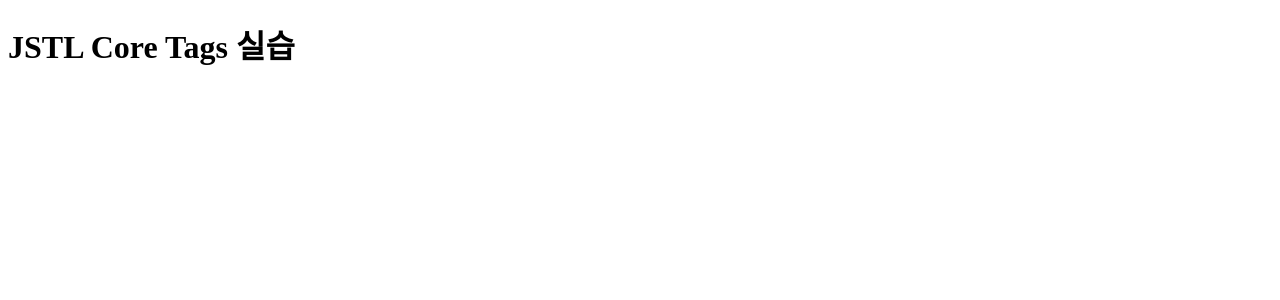
Repository: ajtwls1256/Web-workspace
Page: http://localhost/Day55-jspTag/JSTL/jsp_JSTL_Basic3.jsp
The author's editor kept a copy of each file at every save. The page is drawn from the files as they stood at one save, then again after the next save.
The browser window is 1280 px wide. The pictures show the whole page.
The page is served by Tomcat 9.

Above is the page before, as saved 2019-10-14 04:50:13.

After the next save:
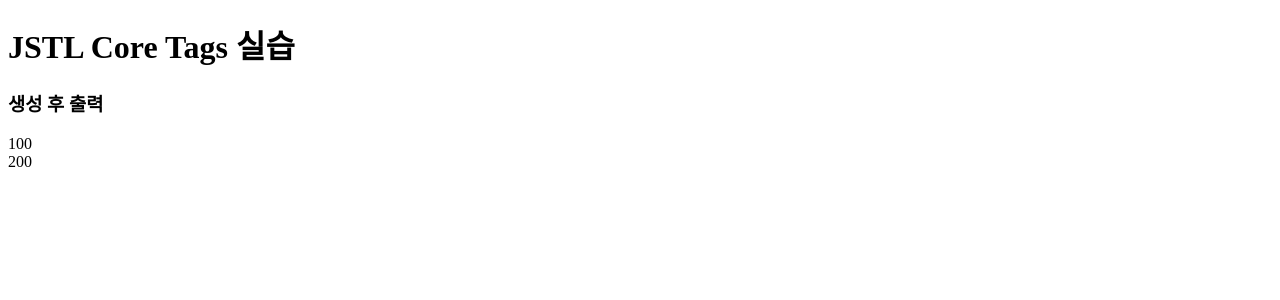
Saved 23 s later.
--- a/Day55-jspTag/WebContent/JSTL/jsp_JSTL_Basic3.jsp
+++ b/Day55-jspTag/WebContent/JSTL/jsp_JSTL_Basic3.jsp
@@ -11,6 +11,10 @@
 	<h1>JSTL Core Tags 실습</h1>
 	<c:set var="num1" value="100" scope="request"/>
 	<c:set var="num1" value="200" scope="session"/>
+	<h3>생성 후 출력</h3>
+	${requestScope.num1 }<br>
+	${sessionScope.num1 }<br>
+
 
 </body>
 </html>
